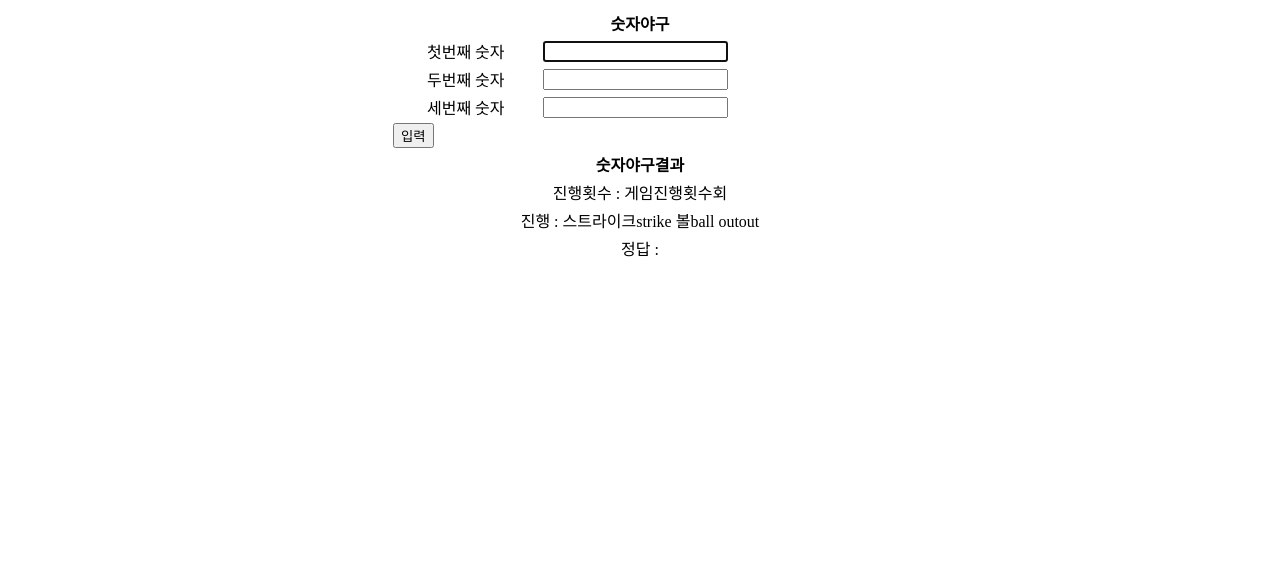
Repository: kmw7691/Soldesk
Page: http://localhost/Nov15_1_NB/HomeController
These files come from the project's save history. The page is drawn as it stood at one moment and after the next save; the edit follows.
The browser window is 1280 px wide. The pictures show the whole page.
The page is served by Tomcat 9. Other server files are loaded and not shown.

Above is the page before, as saved 2023-11-15 02:33:13.

### Nov15_1_NB/src/main/webapp/nb.jsp
<%@ page language="java" contentType="text/html; charset=UTF-8"
    pageEncoding="UTF-8"%>
<!DOCTYPE html>
<html>
<head>
<meta charset="UTF-8">
<title>nb.jsp</title>
<link rel="stylesheet" href="nb.css">
<script type="text/javascript" src="KwakValidChecker.js"></script>
<script type="text/javascript" src="nbCheck.js"></script>
</head>
<body>
<form action="HomeController" name="nbForm" method="post"
	enctype="multipart/form-data" onsubmit="return checkValid();">
	<table id="nbTbl">
		<tr>
			<th colspan="2">숫자야구</th>
		</tr>
		<tr>
			<td class="td1" align="center">첫번째 숫자</td>
			<td class="td2"><input name="first" maxlength="1"
				autofocus="autofocus" autocomplete="off"></td>
		</tr>
		<tr>
			<td class="td1" align="center">두번째 숫자</td>
			<td class="td2"><input name="second" maxlength="1"
				autofocus="autofocus" autocomplete="off"></td>
		</tr>
		<tr>
			<td class="td1" align="center">세번째 숫자</td>
			<td class="td2"><input name="third" maxlength="1"
				autofocus="autofocus" autocomplete="off"></td>
		</tr>
		<tr><td class="td2"><button>입력</button></td></tr>

		<tr>
			<th colspan="2">숫자야구결과</th>
		</tr>
		<tr>
			<td class="td1" colspan="2" align="center">진행횟수 : ${count }회</td>
		</tr>
		<tr>
			<td class="td1" colspan="2" align="center">진행 : ${s }strike ${b }ball ${o }out</td>
		</tr>
		<tr>
			<td class="td1" colspan="2" align="center">정답 : ${answer1 } ${answer2 } ${answer3 }</td>
		</tr>
	</table>
</form>
</body>
</html>

### Nov15_1_NB/src/main/java/com/kwak/nov151/nbmain/HomeController.java
package com.kwak.nov151.nbmain;

import java.io.IOException;
import javax.servlet.ServletException;
import javax.servlet.annotation.WebServlet;
import javax.servlet.http.HttpServlet;
import javax.servlet.http.HttpServletRequest;
import javax.servlet.http.HttpServletResponse;

@WebServlet("/HomeController")
public class HomeController extends HttpServlet {

	protected void doGet(HttpServletRequest request, HttpServletResponse response) throws ServletException, IOException {
		if(!request.getParameterNames().hasMoreElements()){
			request.setAttribute("count", "게임진행횟수");
			request.setAttribute("s", "스트라이크");
			request.setAttribute("b", "볼");
			request.setAttribute("o", "out");
		}

		request.getRequestDispatcher("nb.jsp").forward(request, response);
	}

	protected void doPost(HttpServletRequest request, HttpServletResponse response) throws ServletException, IOException {

	}

}

### Nov15_1_NB/src/main/webapp/nb.css
@charset "UTF-8";

@font-face{
	font-family: "n";
	src: url("n.ttf");
}

#body{
	font-family: "n";
	background-size: 50%;
}

#nbTbl{
	margin-left:auto;
	margin-right: auto;
	width : 500px;
}

#th{
	background-color: #E9FFE0;
	color:#034F83;
	font-size: 30pt;
	height: 50px;
}

#hjTbl .td1{
	background-color:  #D4F4FA;
	font-size: 30pt;
}

#hjTbl .td2{
	background-color:  pink;
	font-size: 30pt;
}

#hjTbl .td2{
	background-color:  pink;
	font-size: 30pt;
}

### Nov15_1_NB/src/main/webapp/KwakValidChecker.js
//KwakValidChecker.js

//개발자가 의도한대로 되하지않으면 true값
//(뭔가 문제가 되면 true, 정상적이면 false인 컨셉)


//<input>넣었을때
//		아무것도 안썼으면 true, 뭐라도썼으면 false
function isEmpty(input){
	return (!input.value);
}


//<input>, 글자 수 넣었을때
function atLeastLetter(input, len){
	return (input.value.length < len);
}


//<input>넣었을때
//		한글/특수문자가 적혀있다면 true, 아니면 false
function containsAnother(input){
	let pass = "1234567890abcdefghijklmnopqrstuvwxyzABCDEFGHIJKLMNOPQRSTUVWXYZ@._";

	let iv = input.value;
	for(let i = 0; i < iv.length; i++){
		if(pass.indexOf(iv[i]) == -1){ //pass에 있는 내용중 내가 쓴 내용이없으면
			return true;
		}
	}
	return false;
}


//<input> x 2넣었을때(pw, pw확인)
//		내용이다르면 true, 같으면 false
function notEqualPw(input1, input2){
	return (input1.value !== input2.value);
}


//<input>, 문자열 세트 넣었을때
//		없으면 true, 있으면 false(입력한 pw에 지정한 문자열이 없는 경우)
function notContains(input, passSet){
	let iv = input.value;
	for(let i = 0; i < passSet.length; i++){
		if(iv.indexOf(passSet[i]) !== -1){
			return false;
		}
	}
	return true;
}


//<input>넣었을때
//		숫자 아닌게 있으면 true, 숫자만 있으면 false
function isNotNumber(input){
	return isNaN(input.value);
}


//<input>, 확장자 넣었을때
//		확장자명 아니면 true, 맞으면 false
function isNotType(input, type){
	//.gif  .png
	type = "." + type;
	return (input.value.indexOf(type) == -1);
}

### Nov15_1_NB/src/main/webapp/nbCheck.js
//nbCheck.js

function checkValid(){
	let fBox = document.mbForm.first;
	let sBox = document.mbForm.second;
	let tBox = document.mbForm.third;

	if(isEmpty(fBox) || isNotNumber(fBox)){
		alert("1번 숫자 재입력 ㄱ");
		fBox.value()="";
		fBox.focus();
		return false
	} else if(isEmpty(sBox) || isNotNumber(sBox)){
		alert("2번 숫자 재입력 ㄱ");
		sBox.value()="";
		sBox.focus();
		return false
	} else if(isEmpty(tBox) || isNotNumber(tBox)){
		alert("3번 숫자 재입력 ㄱ");
		tBox.value()="";
		tBox.focus();
		return false
	}
	return true;
}

After the next save:
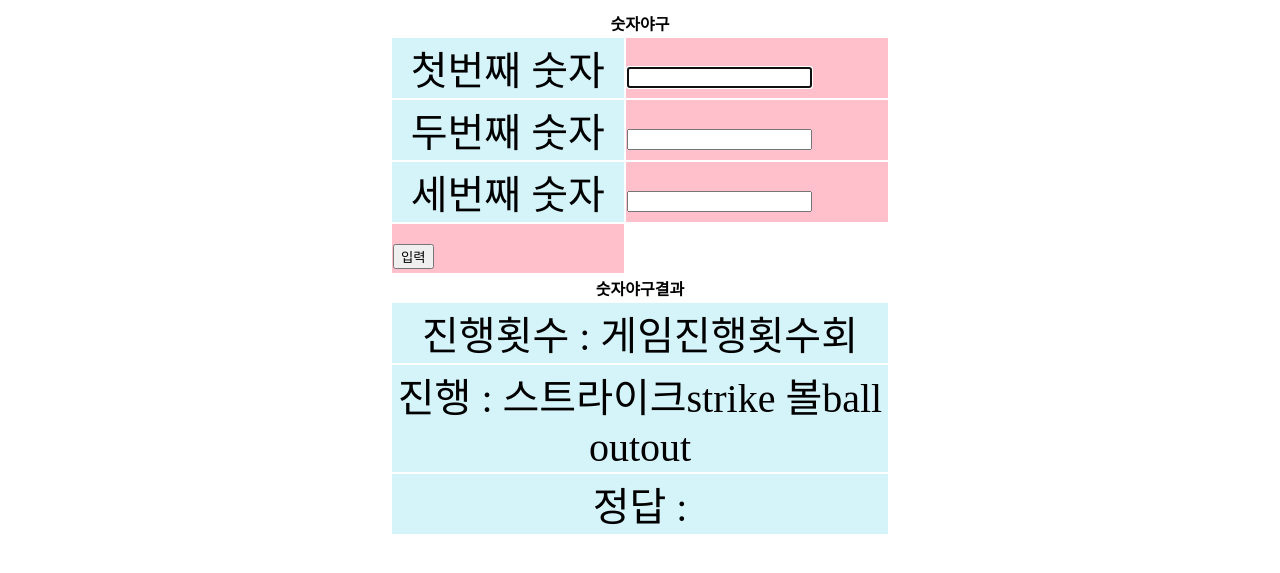
Saved 37 s later.
--- a/Nov15_1_NB/src/main/webapp/nb.css
+++ b/Nov15_1_NB/src/main/webapp/nb.css
@@ -23,17 +23,17 @@
 	height: 50px;
 }
 
-#hjTbl .td1{
+#nbTbl .td1{
 	background-color:  #D4F4FA;
 	font-size: 30pt;
 }
 
-#hjTbl .td2{
+#nbTbl .td2{
 	background-color:  pink;
 	font-size: 30pt;
 }
 
-#hjTbl .td2{
+#nbTbl .td2{
 	background-color:  pink;
 	font-size: 30pt;
 }
